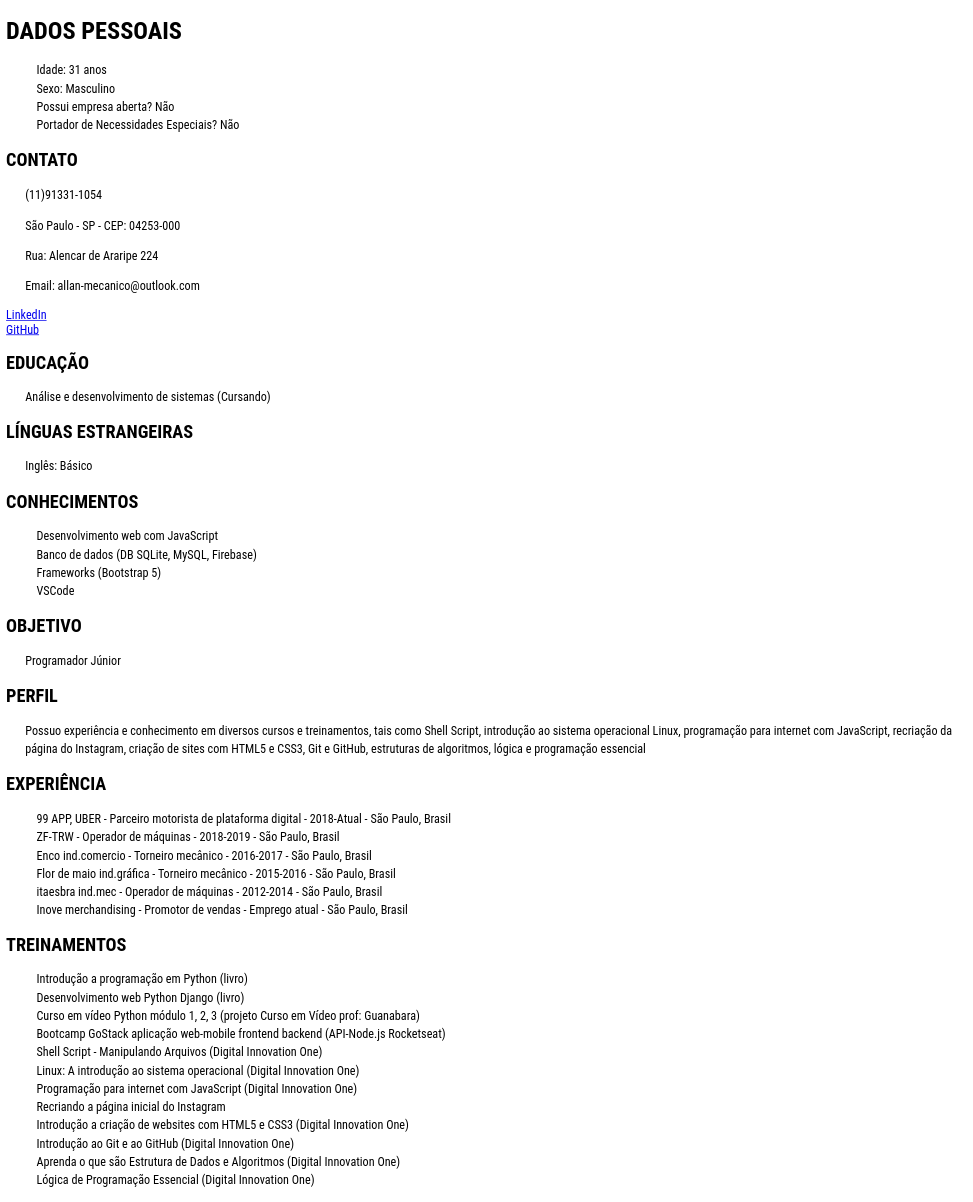
Repository: alfredo-allan/Portfolio
Page: curriculo.html
An editor plug-in stored every save of this project. The page is shown before and after the next save, followed by the edit.
The browser window is 1280 px wide. The pictures show the whole page, at 76% of full size.

Above is the page before, as saved 2024-03-20 15:05:50.

### curriculo.html
<!DOCTYPE html>
<html lang="pt-BR">

<head>
	<meta charset="UTF-8">
	<meta name="viewport" content="width=device-width, initial-scale=1.0">
	<link rel="stylesheet" href="./src/assets/styles/curriculo.css" />

	<title>Alfredo Allan Teixeira Sousa</title>
</head>

<body>

	<h1>DADOS PESSOAIS</h1>
	<ul>
		<li>Idade: 31 anos</li>
		<li>Sexo: Masculino</li>
		<li>Possui empresa aberta? Não</li>
		<li>Portador de Necessidades Especiais? Não</li>
	</ul>

	<h2>CONTATO</h2>
	<p>(11)91331-1054</p>
	<p>São Paulo - SP - CEP: 04253-000</p>
	<p>Rua: Alencar de Araripe 224</p>
	<p>Email: allan-mecanico@outlook.com</p>

	<a href="www.linkedin.com/in/alfredo-allan-teixeira-ba2701149/">LinkedIn</a>
	<br>
	<a href="https://github.com/allan-mecanico/">GitHub</a>

	<h2>EDUCAÇÃO</h2>
	<p>Análise e desenvolvimento de sistemas (Cursando)</p>

	<h2>LÍNGUAS ESTRANGEIRAS</h2>
	<p>Inglês: Básico</p>

	<h2>CONHECIMENTOS</h2>
	<ul>
		<li>Desenvolvimento web com JavaScript</li>
		<li>Banco de dados (DB SQLite, MySQL, Firebase)</li>
		<li>Frameworks (Bootstrap 5)</li>
		<li>VSCode</li>
	</ul>

	<h2>OBJETIVO</h2>
	<p>Programador Júnior</p>

	<h2>PERFIL</h2>
	<p>Possuo experiência e conhecimento em diversos cursos e treinamentos, tais como Shell Script, introdução ao sistema
		operacional Linux, programação para internet com JavaScript, recriação da página do Instagram, criação de sites com
		HTML5 e CSS3, Git e GitHub, estruturas de algoritmos, lógica e programação essencial</p>

	<h2>EXPERIÊNCIA</h2>
	<ul>
		<li>99 APP, UBER - Parceiro motorista de plataforma digital - 2018-Atual - São Paulo, Brasil</li>
		<li>ZF-TRW - Operador de máquinas - 2018-2019 - São Paulo, Brasil</li>
		<li>Enco ind.comercio - Torneiro mecânico - 2016-2017 - São Paulo, Brasil</li>
		<li>Flor de maio ind.gráfica - Torneiro mecânico - 2015-2016 - São Paulo, Brasil</li>
		<li>itaesbra ind.mec - Operador de máquinas - 2012-2014 - São Paulo, Brasil</li>
		<li>Inove merchandising - Promotor de vendas - Emprego atual - São Paulo, Brasil</li>
	</ul>

	<h2>TREINAMENTOS</h2>
	<ul>
		<li>Introdução a programação em Python (livro)</li>
		<li>Desenvolvimento web Python Django (livro)</li>
		<li>Curso em vídeo Python módulo 1, 2, 3 (projeto Curso em Vídeo prof: Guanabara)</li>
		<li>Bootcamp GoStack aplicação web-mobile frontend backend (API-Node.js Rocketseat)</li>
		<li>Shell Script - Manipulando Arquivos (Digital Innovation One)</li>
		<li>Linux: A introdução ao sistema operacional (Digital Innovation One)</li>
		<li>Programação para internet com JavaScript (Digital Innovation One)</li>
		<li>Recriando a página inicial do Instagram</li>
		<li>Introdução a criação de websites com HTML5 e CSS3 (Digital Innovation One)</li>
		<li>Introdução ao Git e ao GitHub (Digital Innovation One)</li>
		<li>Aprenda o que são Estrutura de Dados e Algoritmos (Digital Innovation One)</li>
		<li>Lógica de Programação Essencial (Digital Innovation One)</li>
	</ul>

</body>

</html>

### src/assets/styles/curriculo.css
:root {
	--roboto-condensed: "Roboto Condensed", sans-serif;

}

body {
	font-family: var(--roboto-condensed);
	li {
				list-style: none;
				line-height: 1.5;
	}
	p {
		list-style: none;
		line-height: 1.5;
		margin-left: 2%;
	}
}

After the next save:
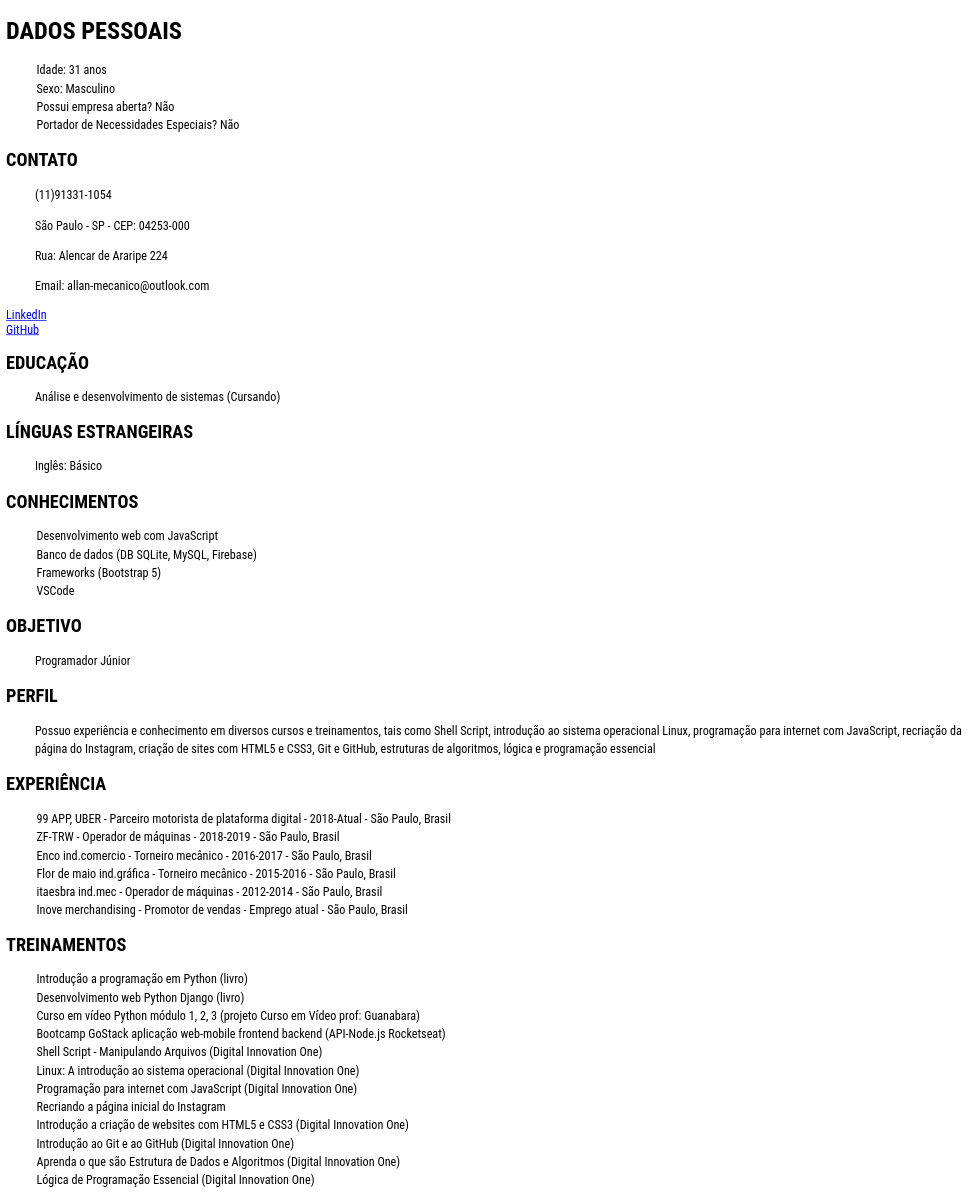
Saved 12 s later.
--- a/src/assets/styles/curriculo.css
+++ b/src/assets/styles/curriculo.css
@@ -12,6 +12,6 @@ body {
 	p {
 		list-style: none;
 		line-height: 1.5;
-		margin-left: 2%;
+		margin-left: 3%;
 	}
 }
